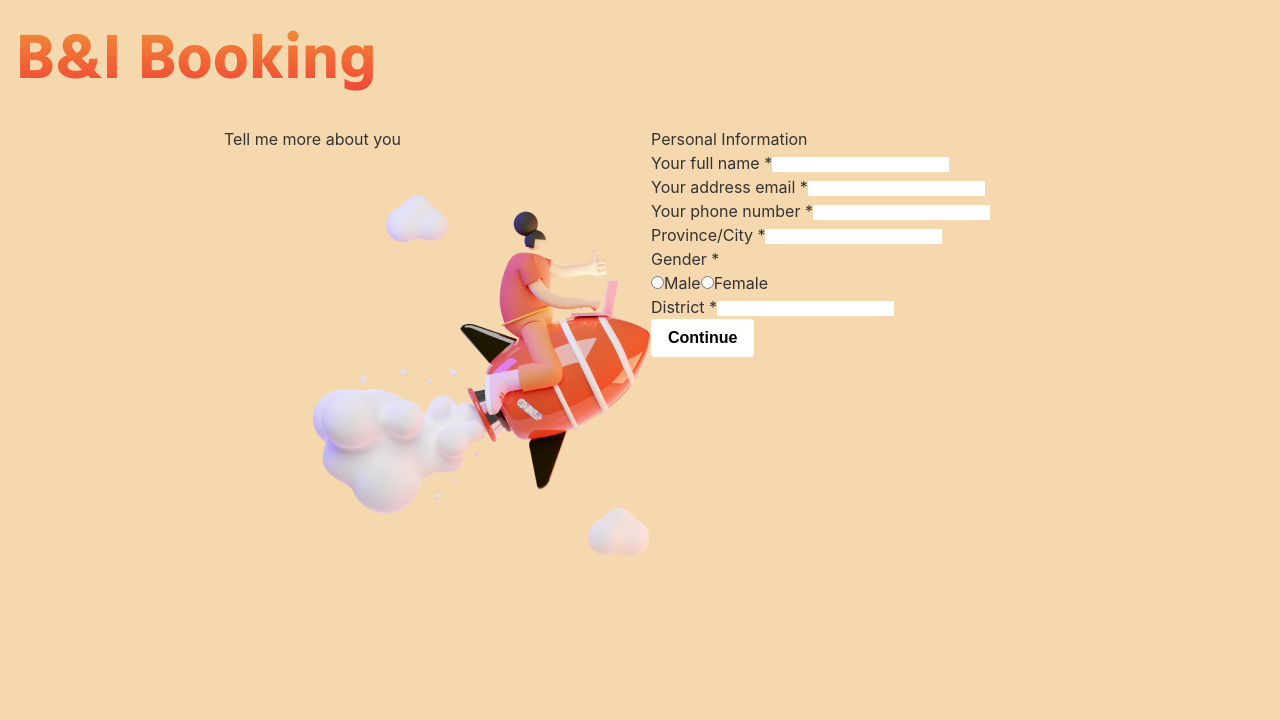
Repository: Grand-Line-PNV/FE-BIBooking
Page: /
An editor plug-in stored every save of this project. The page is shown before and after a run of saves, followed by the edit.
The browser window is 1280 px wide. The pictures show the whole page.
The project was rebuilt for these pictures with package versions that can differ from the ones it lists, and the page was loaded fresh each time. Also part of the build but not shown: src/App.css.

Above is the page before, as saved 2023-02-06 10:18:17.

After the next 3 saves:
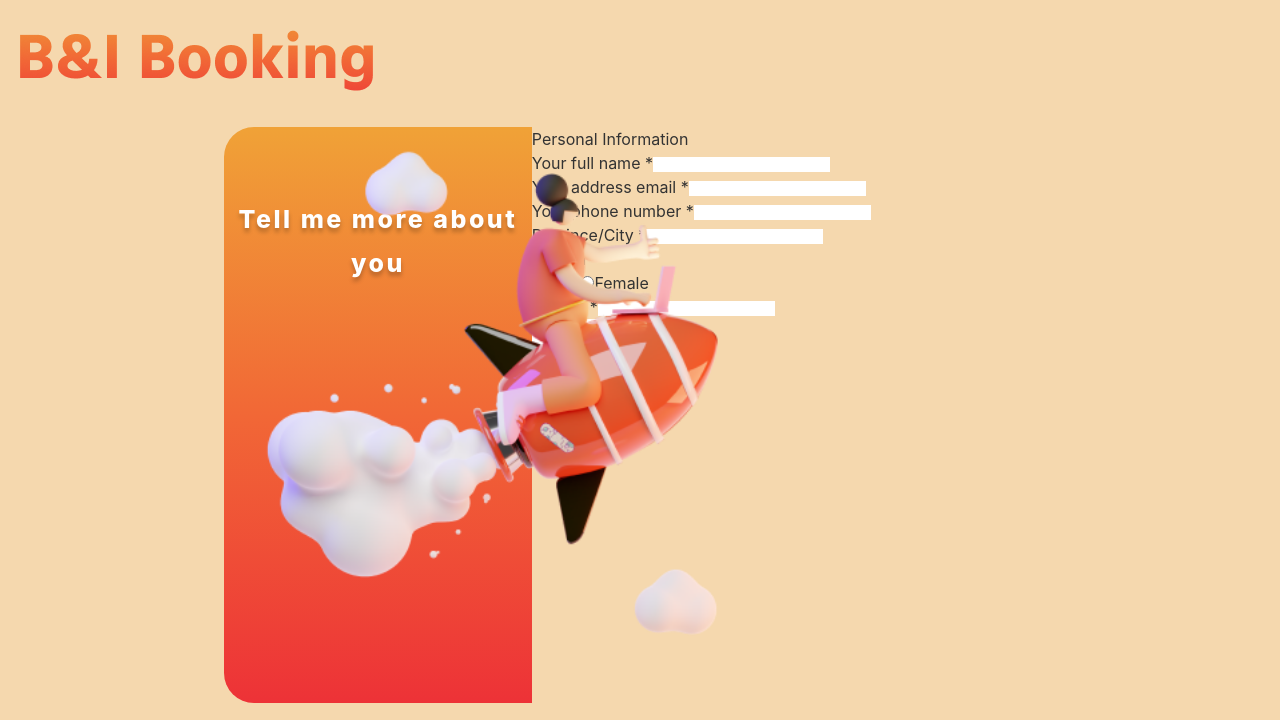
The 3 saves are shown as one change because they came seconds apart.
The last was saved 18 s later.
--- a/src/view/pages/Influencers/PersonalInformation/PersonalInformation.module.scss
+++ b/src/view/pages/Influencers/PersonalInformation/PersonalInformation.module.scss
@@ -26,13 +26,13 @@
       height: 80vh;
       display: flex;
       position: relative;
-      & .block_left {
+      & .block-left {
         width: 37%;
         background: var(--Linear-orange-color);
         text-align: center;
         border-top-left-radius: 30px;
         border-bottom-left-radius: 30px;
-        & .personalInfor_title {
+        & .personalInfor-title {
           padding-top: 70px;
           font-style: normal;
           font-weight: 800;
@@ -42,7 +42,7 @@
           color: #ffffff;
           text-shadow: 0px 4px 4px rgba(0, 0, 0, 0.25);
         }
-        & .saly1_img {
+        & .saly1-img {
           width: 57rem;
           object-fit: cover;
           position: absolute;
